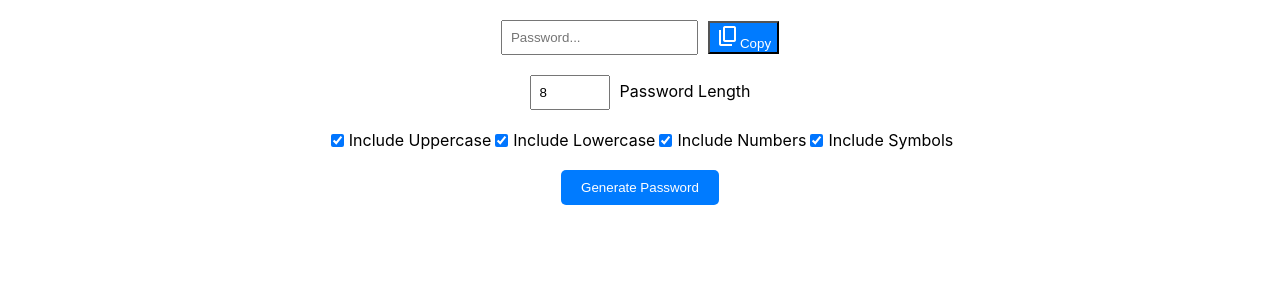
Repository: sriram1224/pass-generator
Page: /
These files come from the project's save history. The page is drawn as it stood at one moment and after the next save; the edit follows.
The browser window is 1280 px wide. The pictures show the whole page.
The project was rebuilt for these pictures with package versions that can differ from the ones it lists, and the page was loaded fresh each time.

Above is the page before, as saved 2024-03-21 20:15:40.

### public/index.html
<!DOCTYPE html>
<html lang="en">

<head>
  <meta charset="utf-8" />
  <link rel="icon" href="%PUBLIC_URL%/favicon.ico" />
  <meta name="viewport" content="width=device-width, initial-scale=1" />
  <meta name="theme-color" content="#000000" />
  <meta name="description" content="Web site created using create-react-app" />
  <link rel="stylesheet"
    href="https://fonts.googleapis.com/css2?family=Material+Symbols+Outlined:opsz,wght,FILL,GRAD@24,400,0,0" />


  <title>React App</title>
</head>

<body>

  <div id="root">


  </div>

</body>

</html>

### src/App.js
import React, { useState, useRef, useCallback } from 'react';
import './App.css';

function generatePassword(length, includeUpper, includeLower, includeNumber, includeSymbol){
  const upperChars = 'ABCDEFGHIJKLMNOPQRSTUVWXYZ';
  const lowerChars = 'abcdefghijklmnopqrstuvwxyz';
  const numberChars = '0123456789';
  const symbolChars = '!@#$%^&*()-_=+';

  let chars = '';
  if (includeUpper) chars+= upperChars;
  if (includeLower) chars += lowerChars;
  if (includeNumber) chars += numberChars;
  if (includeSymbol) chars += symbolChars;
  let password = '';
  for(let i = 0; i < length; i++){
    password += chars.charAt(Math.floor(Math.random() * chars.length));
  }
  return password;
}

function App() {
  const [password, setPassword] = useState('');
  const includeUpperRef = useRef(true);
  const includeLowerRef = useRef(true);
  const includeSymbolRef = useRef(true);
  const includeNumberRef = useRef(true);
  const [length, setLength] = useState(8);

  const handleCheckboxChange = (ref) => {
    ref.current = !ref.current;
    handlePassword();
  };

  const handlePassword = useCallback(() => {
    const newPass = generatePassword(
      length,
      includeUpperRef.current,
      includeLowerRef.current,
      includeNumberRef.current,
      includeSymbolRef.current
    );
    setPassword(newPass);
  }, [length, includeUpperRef, includeLowerRef, includeNumberRef, includeSymbolRef]);

  return (
    <div className="container">
      <div className="password-input">
        <input type="text" value={password} placeholder='Password...' readOnly />
        <button className="copy" onClick={() => navigator.clipboard.writeText(password)}><span class="material-symbols-outlined">
content_copy
        </span>
        Copy</button>
      </div>
      <div className="length-input">
        <input type="number" value={length} onChange={(e) => setLength(parseInt(e.target.value))} min="1" max="50" />
        <label>Password Length</label>
      </div>
      <div className="checkboxes">
        <input type="checkbox" checked={includeUpperRef.current} onChange={() => handleCheckboxChange(includeUpperRef)} />
        <label>Include Uppercase</label>
        <input type="checkbox" checked={includeLowerRef.current} onChange={() => handleCheckboxChange(includeLowerRef)} />
        <label>Include Lowercase</label>
        <input type="checkbox" checked={includeNumberRef.current} onChange={() => handleCheckboxChange(includeNumberRef)} />
        <label>Include Numbers</label>
        <input type="checkbox" checked={includeSymbolRef.current} onChange={() => handleCheckboxChange(includeSymbolRef)} />
        <label>Include Symbols</label>
      </div>
      <button onClick={handlePassword} className='generate'>Generate Password</button>
    </div>
  );
}

export default App;

### src/App.css
.container {
  display: flex;
  flex-direction: column;
  align-items: center;
  padding: 20px;
}

.password-input {
  margin-bottom: 20px;
}

.password-input input {
  padding: 8px;
  margin-right: 10px;
}

.length-input {
  margin-bottom: 20px;
}

.length-input input {
  padding: 8px;
  width: 60px;
  margin-right: 10px;
}

.checkboxes {
  display: flex;
  align-items: center;
  margin-bottom: 20px;
}

.checkboxes input {
  margin-right: 5px;
}

.generate {
  padding: 10px 20px;
  background-color: #007bff;
  color: #fff;
  border: none;
  border-radius: 5px;
  cursor: pointer;
}

.generate:hover {
  background-color: #0056b3;
}
.password-input{
  display: flex;
  align-items: center;

}
.copy{

  background-color: #007bff;
  color: #fff;


  cursor: pointer;
}

Loaded but not shown: src/index.js (common file); src/index.css (common file); src/reportWebVitals.js (common file)

After the next save:
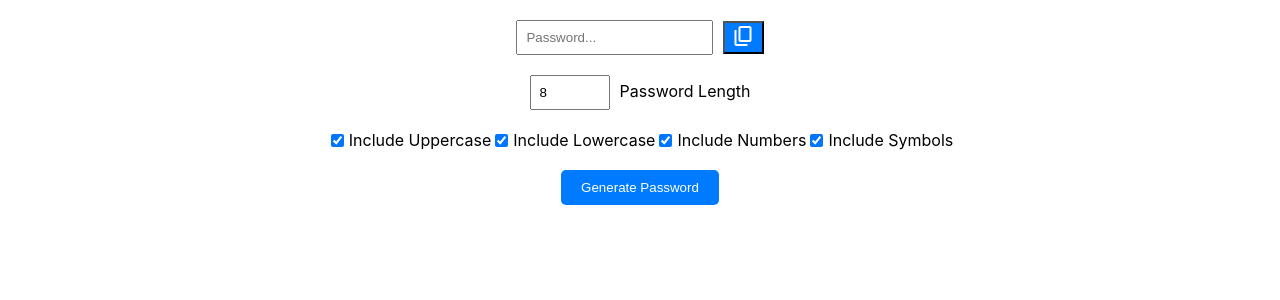
Saved 12 s later.
--- a/src/App.js
+++ b/src/App.js
@@ -50,7 +50,7 @@ function App() {
         <button className="copy" onClick={() => navigator.clipboard.writeText(password)}><span class="material-symbols-outlined">
 content_copy
         </span>
-        Copy</button>
+        </button>
       </div>
       <div className="length-input">
         <input type="number" value={length} onChange={(e) => setLength(parseInt(e.target.value))} min="1" max="50" />
